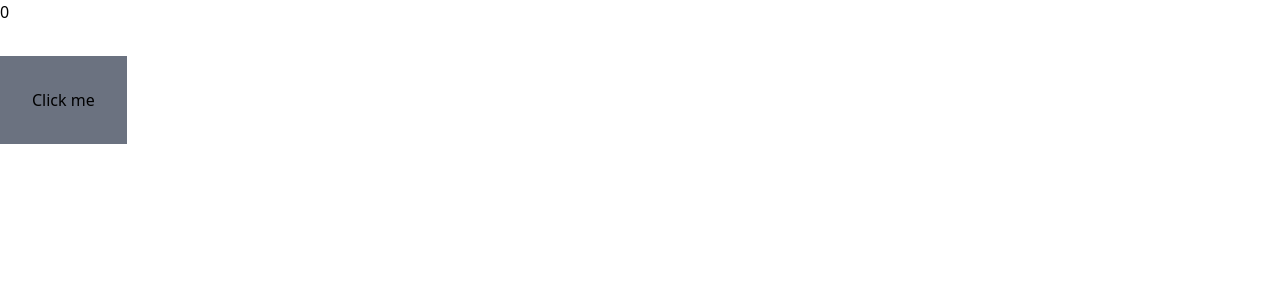
Repository: theanmol-raj/GoogleKeepCloneTutorial
Page: /about
These files come from the project's save history. The page is drawn as it stood at one moment and after the next save; the edit follows.
The browser window is 1280 px wide. The pictures show the whole page.
The project was rebuilt for these pictures with package versions that can differ from the ones it lists, and the page was loaded fresh each time. Also part of the build but not shown: src/Components/Navbar.jsx.

Above is the page before, as saved 2022-08-29 20:38:01.

### public/index.html
<!DOCTYPE html>
<html lang="en">
  <head>
    <meta charset="utf-8" />
    <link rel="icon" href="%PUBLIC_URL%/favicon.ico" />
    <meta name="viewport" content="width=device-width, initial-scale=1" />
    <meta name="theme-color" content="#000000" />
    <meta
      name="description"
      content="Web site created using create-react-app"
    />
    <link rel="apple-touch-icon" href="%PUBLIC_URL%/logo192.png" />
    <!--
      manifest.json provides metadata used when your web app is installed on a
      user's mobile device or desktop. See https://developers.google.com/web/fundamentals/web-app-manifest/
    -->

    <!--
      Notice the use of %PUBLIC_URL% in the tags above.
      It will be replaced with the URL of the `public` folder during the build.
      Only files inside the `public` folder can be referenced from the HTML.

      Unlike "/favicon.ico" or "favicon.ico", "%PUBLIC_URL%/favicon.ico" will
      work correctly both with client-side routing and a non-root public URL.
      Learn how to configure a non-root public URL by running `npm run build`.
    -->
    <title>Google Keep Clone</title>
  </head>
  <body>
    <noscript>You need to enable JavaScript to run this app.</noscript>
    <div id="root"></div>
    <!--
      This HTML file is a template.
      If you open it directly in the browser, you will see an empty page.

      You can add webfonts, meta tags, or analytics to this file.
      The build step will place the bundled scripts into the <body> tag.

      To begin the development, run `npm start` or `yarn start`.
      To create a production bundle, use `npm run build` or `yarn build`.
    -->
  </body>
</html>

### src/App.js
import Homescreen from "./Screens/Homescreen";


function App() {
  return (
    <div className="App">
      <Homescreen />
    </div>
  );
}

export default App;

### src/Screens/Homescreen.jsx
import React, { useState } from 'react'
import Navbar from '../Components/Navbar';

function Homescreen() {
  let [temp,setTemp] = useState(0) ;

  function Adder(){
    temp +=1;
    console.log(temp)
  }

  return (
    <div>
        {/* <Navbar /> */}
        <p className=' mb-8'>{temp}</p>
        <button className=' bg-gray-500 p-8 '>Click me</button>
    </div>
  )
}

export default Homescreen;

Loaded but not shown: src/index.js (common file); src/index.css (common file); tailwind.config.js (common file)

After the next save:
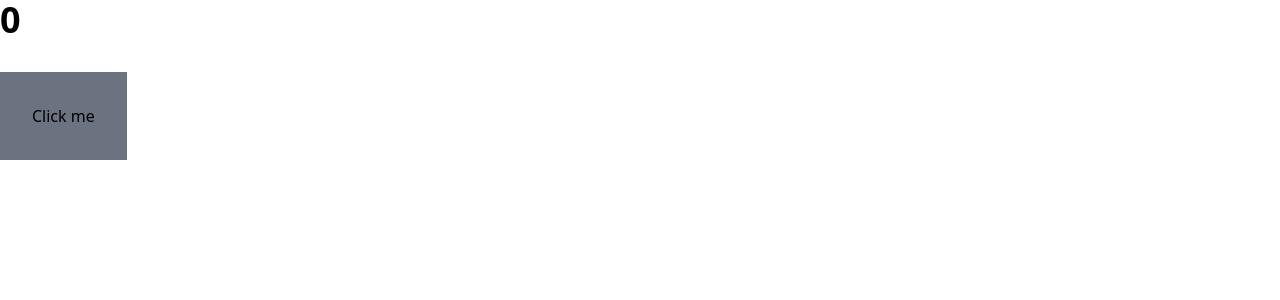
Saved 10 s later.
--- a/src/Screens/Homescreen.jsx
+++ b/src/Screens/Homescreen.jsx
@@ -12,7 +12,7 @@
   return (
     <div>
         {/* <Navbar /> */}
-        <p className=' mb-8'>{temp}</p>
+        <p className=' mb-8 font-black text-4xl'>{temp}</p>
         <button className=' bg-gray-500 p-8 '>Click me</button>
     </div>
   )
